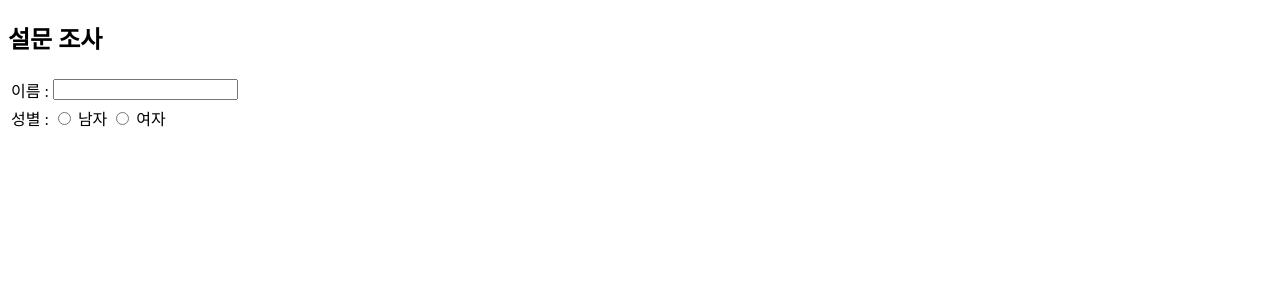
Repository: jsunnypi/JSP
Page: http://localhost/Test/researchForm.jsp
An editor plug-in stored every save of this project. The page is shown before and after the next save, followed by the edit.
The browser window is 1280 px wide. The pictures show the whole page.
The page is served by Tomcat 9.

Above is the page before, as saved 2024-11-14 01:33:42.

After the next save:
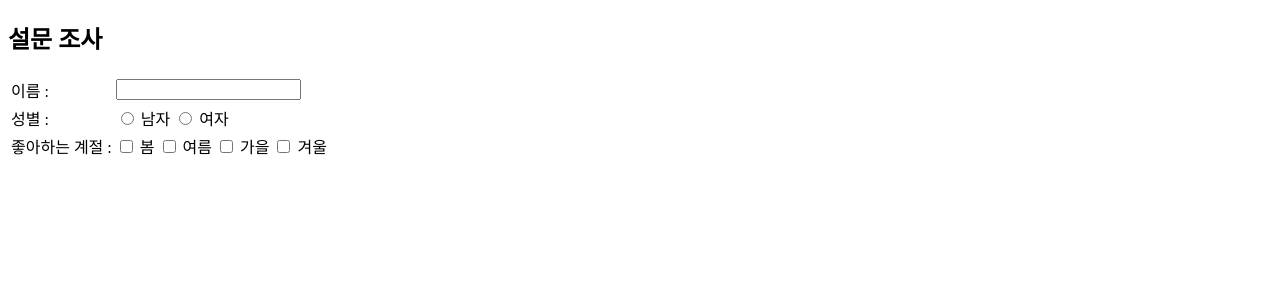
Saved 2 min 47 s later.
--- a/Test/src/main/webapp/researchForm.jsp
+++ b/Test/src/main/webapp/researchForm.jsp
@@ -24,6 +24,16 @@
 					<input type="radio" name="gender" value="female"> 여자
 				</td>
 			</tr>
+
+			<tr>
+				<td> 좋아하는 계절 : </td>
+				<td>
+					<input type="checkbox" name="season" value="1"> 봄
+					<input type="checkbox" name="season" value="2"> 여름
+					<input type="checkbox" name="season" value="3"> 가을
+					<input type="checkbox" name="season" value="4"> 겨울
+				</td>
+			</tr>
 		</table>
 	</form>
 </body>
